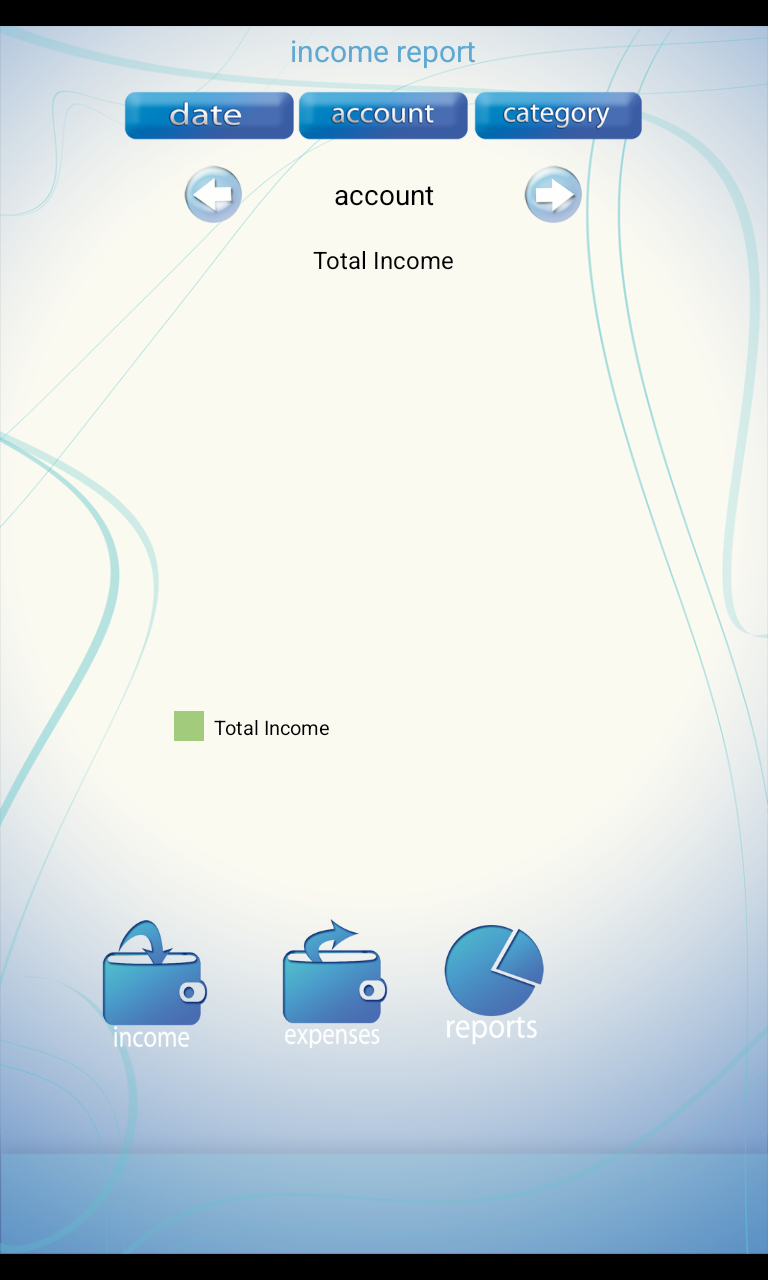
Repository: marlon-rodrigues/Nummus_Android
Layout: Nummus/res/layout/reports_screen.xml
An editor plug-in stored every save of this project. The layout is shown before and after the next save, followed by the edit.
It is drawn on a 768 x 1280 px phone screen (xhdpi) without system bars, with theme AppTheme; the app's code is not run. Lists and similar views that code fills are empty.

Above is the layout before, as saved 2012-08-21 15:32:55.

### Nummus/res/layout/reports_screen.xml
<?xml version="1.0" encoding="utf-8"?>
<RelativeLayout xmlns:android="http://schemas.android.com/apk/res/android"
    android:layout_width="match_parent"
    android:layout_height="match_parent" >

    <ImageView
        android:id="@+id/backgroundReportScreen"
        android:layout_width="wrap_content"
        android:layout_height="wrap_content"
        android:layout_alignParentLeft="true"
        android:layout_alignParentTop="true"
        android:contentDescription="@string/main_background_image"
        android:src="@drawable/emptybackground" />

    <Button
        android:id="@+id/incomeButtonReportScreen"
        android:layout_width="65dp"
        android:layout_height="65dp"
        android:layout_alignParentBottom="false"
        android:layout_alignParentLeft="false"
        android:layout_marginLeft="45dp"
        android:layout_marginTop="460dp"
        android:background="@drawable/incomebuttoneffect"
        android:onClick="incomeButtonClicked" />

	<Button
	    android:id="@+id/expensesButtonReportScreen"
	    android:layout_width="65dp"
	    android:layout_height="65dp"
	    android:layout_alignParentBottom="false"
	    android:layout_alignParentLeft="false"
	    android:layout_marginLeft="135dp"
	    android:layout_marginTop="459dp"
	    android:background="@drawable/expensesbuttoneffect"
	    android:onClick="expensesButtonClicked" />

	<Button
	    android:id="@+id/reportButtonReportScreen"
	    android:layout_width="65dp"
	    android:layout_height="65dp"
	    android:layout_alignParentBottom="false"
	    android:layout_alignParentLeft="false"
	    android:layout_marginLeft="214dp"
	    android:layout_marginTop="460dp"
	    android:background="@drawable/reportbuttoneffect"
	    android:onClick="reportButtonClicked" />

	<TextView
	    android:id="@+id/titelReportScreen"
	    android:layout_width="wrap_content"
	    android:layout_height="wrap_content"
	    android:layout_alignParentTop="false"
	    android:layout_centerHorizontal="true"
	    android:layout_marginTop="15dp"
	    android:text="@string/reportsTitleIncome"
	    android:textColor="#5EA8D1"
	    android:textSize="15sp" />

	<RelativeLayout
	    android:id="@+id/incomeSubViewReportScreen"
	    android:layout_width="260dp"
	    android:layout_height="400dp"
	    android:layout_below="@+id/titelReportScreen"
	    android:layout_centerHorizontal="true"
	    android:visibility="visible"
	    android:layout_marginTop="5dp">

		<Button
		    android:id="@+id/buttonDateIncome"
		    android:layout_width="86dp"
		    android:layout_height="25dp"
		    android:layout_marginTop="5dp"
		    android:background="@drawable/datebuttoneffect"
		    android:onClick="dateIncomeButtonClicked" />

		<Button
		    android:id="@+id/buttonAccountIncome"
		    android:layout_width="86dp"
		    android:layout_height="25dp"
		    android:layout_marginLeft="87dp"
		    android:layout_marginTop="5dp"
		    android:background="@drawable/accountbuttoneffect"
		    android:onClick="accountIncomeButtonClicked" />

		<Button
		    android:id="@+id/buttonCategoryIncome"
		    android:layout_width="86dp"
		    android:layout_height="25dp"
		    android:layout_marginLeft="175dp"
		    android:layout_marginTop="5dp"
		    android:background="@drawable/categorybuttoneffect"
		    android:onClick="categoryIncomeButtonClicked" />

		<RelativeLayout
			android:id="@+id/dateIncomeSubViewReportScreen"
		    android:layout_width="260dp"
		    android:layout_height="370dp"
		    android:layout_below="@+id/titelReportScreen"
		    android:layout_centerHorizontal="true"
		    android:visibility="invisible"
		    android:layout_marginTop="40dp">
				<Button
				    android:id="@+id/buttonLeftArrowDateIncome"
				    android:layout_width="40dp"
				    android:layout_height="34dp"
				    android:layout_alignParentLeft="true"
				    android:layout_below="@+id/buttonDateIncome"
				    android:layout_marginTop="0dp"
				    android:layout_marginLeft="25dp"
				    android:background="@drawable/leftarrowbuttoneffect"
				    android:onClick="lefArrowDateIncomeButtonClicked" />

				<Button
				    android:id="@+id/buttonRightArrowDateIncome"
				    android:layout_width="40dp"
				    android:layout_height="34dp"
				    android:layout_alignParentRight="true"
				    android:layout_below="@+id/buttonCategoryIncome"
				    android:layout_marginTop="0dp"
				    android:layout_marginRight="25dp"
				    android:background="@drawable/rightarrowbuttoneffect"
				    android:onClick="rightArrowDateIncomeButtonClicked" />

				<TextView
			        android:id="@+id/textDateIncome"
			        android:layout_width="wrap_content"
			        android:layout_height="wrap_content"
			        android:layout_below="@+id/buttonAccountIncome"
			        android:layout_centerHorizontal="true"
			        android:layout_marginTop="7dp"
			        android:text="date"
			        android:textColor="#000000"
			        android:textSize="14sp" />

				<ListView
				    android:id="@+id/listViewDateIncome"
				    android:layout_width="match_parent"
				    android:layout_height="wrap_content"
				    android:layout_marginTop="35dp"
					android:background="@drawable/list_view_rounded_corners"
				    android:divider="#FFFFFF"
				    android:dividerHeight="1dp"
				    android:listSelector="@color/list_view_income_selector" >
				</ListView>
		</RelativeLayout>

		<RelativeLayout
			android:id="@+id/accountIncomeSubViewReportScreen"
		    android:layout_width="260dp"
		    android:layout_height="370dp"
		    android:layout_below="@+id/titelReportScreen"
		    android:layout_centerHorizontal="true"
		    android:visibility="visible"
		    android:layout_marginTop="40dp">
				<Button
				    android:id="@+id/buttonLeftArrowAccounIncome"
				    android:layout_width="40dp"
				    android:layout_height="34dp"
				    android:layout_alignParentLeft="true"
				    android:layout_below="@+id/buttonDateIncome"
				    android:layout_marginTop="0dp"
				    android:layout_marginLeft="25dp"
				    android:background="@drawable/leftarrowbuttoneffect"
				    android:onClick="lefArrowAccountIncomeButtonClicked" />

				<Button
				    android:id="@+id/buttonRightArrowAccountIncome"
				    android:layout_width="40dp"
				    android:layout_height="34dp"
				    android:layout_alignParentRight="true"
				    android:layout_below="@+id/buttonCategoryIncome"
				    android:layout_marginTop="0dp"
				    android:layout_marginRight="25dp"
				    android:background="@drawable/rightarrowbuttoneffect"
				    android:onClick="rightArrowAccountIncomeButtonClicked" />

				<TextView
			        android:id="@+id/textAccountIncome"
			        android:layout_width="wrap_content"
			        android:layout_height="wrap_content"
			        android:layout_below="@+id/buttonAccountIncome"
			        android:layout_centerHorizontal="true"
			        android:layout_marginTop="7dp"
			        android:text="account"
			        android:textColor="#000000"
			        android:textSize="14sp" />

				<TextView
			        android:id="@+id/textTotalAccountIncome"
			        android:layout_width="wrap_content"
			        android:layout_height="wrap_content"
			        android:layout_below="@+id/textAccountIncome"
			        android:layout_centerHorizontal="true"
			        android:layout_marginTop="15dp"
			        android:text="Total Income"
			        android:textColor="#000000"
			        android:textSize="12sp" />

				<ImageView
				    android:id="@+id/imageViewIncomeGraph1"
				    android:layout_width="15dp"
				    android:layout_height="15dp"
				    android:layout_alignParentBottom="true"
				    android:layout_alignLeft="@+id/buttonLeftArrowAccounIncome"
				    android:layout_marginBottom="70dp"
				    android:background="#A2CC7B" />

				<TextView
			        android:id="@+id/textIncomeGraph1"
			        android:layout_width="wrap_content"
			        android:layout_height="wrap_content"
			        android:layout_alignParentBottom="true"
				    android:layout_marginLeft="45dp"
				    android:layout_marginBottom="70dp"
			        android:text="Total Income"
			        android:textColor="#000000"
			        android:textSize="10sp" />

		</RelativeLayout>

	</RelativeLayout>







</RelativeLayout>

### Nummus/res/values/styles.xml
<resources>
    <style name="AppTheme" parent="android:Theme.NoTitleBar.Fullscreen"></style>

</resources>

### Nummus/res/values/strings.xml
<resources>

    <string name="app_name">Nummus</string>
    <string name="menu_settings">Settings</string>
    <string name="title_activity_main">Nummus</string>
    <string name="main_background_image">mainBackgroundImage</string>
    <string name="savingsMainScreen">Savings</string>
    <string name="incomeMainScreen">income</string>
    <string name="expenseMainScreen">expenses</string>
    <string name="reportsMainScreen">reports</string>
    <string name="titleIncomeScreen">add income</string>
    <string name="amountDescriptionIncExpScreen">how much?</string>
    <string name="dateDescriptionIncomeScreen">when</string>
    <string name="titleExpensesScreen">add expenses</string>
    <string name="titleaddcategoryscreen">add category</string>
    <string name="categoryNameDescription">name</string>
    <string name="categoryAvailableDescription">available for</string>
    <string name="categoryAvailableExpenses">Expenses</string>
    <string name="categoryAvailableIncome">Income</string>
    <string name="titlePreferencesScreen">preferences</string>
    <string name="soundDescriptionPreferencesScreen">sound</string>
    <string name="showByDescriptionPreferencesScreenP1">show savings</string>
    <string name="showByDescriptionPreferencesScreenP2">in the main screen by</string>
    <string name="showByRadioMonth">month</string>
    <string name="showByYear">year</string>
    <string name="showByTotal">total</string>
    <string name="helpPreferencesScreen">Nummus is a finance application made easy.
The first and most important thing to know is\n
\nTO CANCEL SWIPE LEFT\n
\nTO SAVE SWIPE RIGHT\n
\nNow that you know the basics here are some details
The home screen contains three buttons income, expenses, and report\n
\n- INCOME\n
On the income screen, there will be several options to customize your entry. You can add your categories, by pressing the plus button on the top right hand side of the screen, followed by details such as how much, when, and where to (what account it will be transferred to). When you are done, just swipe right to save it or swipe left to cancel.\n
\n- EXPENSES\n
On the expenses screen, there will be also several options to customize your entry. You can add your categories, by pressing the plus button on the top right hand side of the screen, followed by details such as how much, when, and where from (what account it will be transferred from). When you are done, just swipe right to save it or swipe left to cancel.\n
\n- REPORT\n
Here you find reports on your total spending money and incoming money. You can see the list of total income and expenses, the subtotal by categories and also the graph of subtotal by accounts. A convenient option is to send a report as a PDF to your email. Swipe left or right to go back to the main screen.\n
\n- PREFERENCES\n
Here you can set up the application to fit better to your desire. You can turn on /off the sound, define how the savings shown in the main screen will be displayed, and also add categories. \n
\nEnjoy your app and do not forget to rate us.
</string>
    <string name="appVersionPreferencesScreen">App Version 1.00</string>
    <string name="imageNummusTitle">nummusTitle</string>
    <string name="appDatePreferencesScreen">August 2012</string>
    <string name="moreInfoPreferencesScreen">More Info:</string>
    <string name="infoWebSitePreferencesScreen">www.facebook.com/nummusapp</string>
    <string name="appRightsPreferenceScreen">©2012 All Rights Reserved</string>
    <string name="reportsTitleIncome">income report</string>
    <string name="reportsTitleExpenses">expenses report</string>
    <string name="reportsTitleIncExp">income/expenses report</string>

</resources>

### Nummus/res/drawable/incomebuttoneffect.xml
<?xml version="1.0" encoding="utf-8"?>
<selector xmlns:android="http://schemas.android.com/apk/res/android" >
	<item android:state_pressed="true" android:drawable="@drawable/incomebuttondark" />
	<item android:drawable="@drawable/incomebutton"/>
</selector>

### Nummus/res/drawable/expensesbuttoneffect.xml
<?xml version="1.0" encoding="utf-8"?>
<selector xmlns:android="http://schemas.android.com/apk/res/android" >
	<item android:state_pressed="true" android:drawable="@drawable/expensesbuttondark" />
	<item android:drawable="@drawable/expensesbutton"/>
</selector>

### Nummus/res/drawable/reportbuttoneffect.xml
<?xml version="1.0" encoding="utf-8"?>
<selector xmlns:android="http://schemas.android.com/apk/res/android" >
	<item android:state_pressed="true" android:drawable="@drawable/reportbuttondark" />
	<item android:drawable="@drawable/reportbutton"/>
</selector>

### Nummus/res/drawable/datebuttoneffect.xml
<?xml version="1.0" encoding="utf-8"?>
<selector xmlns:android="http://schemas.android.com/apk/res/android" >
	<item android:state_pressed="true" android:drawable="@drawable/datebuttondark" />
	<item android:drawable="@drawable/datebutton"/>
</selector>

### Nummus/res/drawable/accountbuttoneffect.xml
<?xml version="1.0" encoding="utf-8"?>
<selector xmlns:android="http://schemas.android.com/apk/res/android" >
	<item android:state_pressed="true" android:drawable="@drawable/accountbuttondark" />
	<item android:drawable="@drawable/accountbutton"/>
</selector>

### Nummus/res/drawable/categorybuttoneffect.xml
<?xml version="1.0" encoding="utf-8"?>
<selector xmlns:android="http://schemas.android.com/apk/res/android" >
	<item android:state_pressed="true" android:drawable="@drawable/categorybuttondark" />
	<item android:drawable="@drawable/categorybutton"/>
</selector>

### Nummus/res/drawable/leftarrowbuttoneffect.xml
<?xml version="1.0" encoding="utf-8"?>
<selector xmlns:android="http://schemas.android.com/apk/res/android" >
	<item android:state_pressed="true" android:drawable="@drawable/leftarrowbuttondark" />
	<item android:drawable="@drawable/leftarrowbutton"/>
</selector>

### Nummus/res/drawable/rightarrowbuttoneffect.xml
<?xml version="1.0" encoding="utf-8"?>
<selector xmlns:android="http://schemas.android.com/apk/res/android" >
	<item android:state_pressed="true" android:drawable="@drawable/rightarrowbuttondark" />
	<item android:drawable="@drawable/rightarrowbutton"/>
</selector>

### Nummus/res/drawable/list_view_rounded_corners.xml
<?xml version="1.0" encoding="utf-8"?>
<shape xmlns:android="http://schemas.android.com/apk/res/android" android:shape="rectangle">

    <gradient android:startColor="#819ACA"
        	  android:centerColor="#8AB2CA"
        	  android:endColor="#A5E3FE" />

    <corners android:bottomLeftRadius="12dp"
        	 android:bottomRightRadius="12dp"
        	 android:topLeftRadius="12dp"
        	 android:topRightRadius="12dp" />
</shape>

### Nummus/res/color/list_view_income_selector.xml
<?xml version="1.0" encoding="utf-8"?>
<selector xmlns:android="http://schemas.android.com/apk/res/android" >
	<item android:state_selected="true" android:drawable="@drawable/list_view_color_selection" />
</selector>

### Nummus/res/drawable/list_view_color_selection.xml
<?xml version="1.0" encoding="utf-8"?>
<shape xmlns:android="http://schemas.android.com/apk/res/android" android:shape="rectangle">

        <gradient android:startColor="#0085EE"
        	 	  android:centerColor="#006AD7"
        	  	  android:endColor="#0039A9" />

</shape>

After the next save:
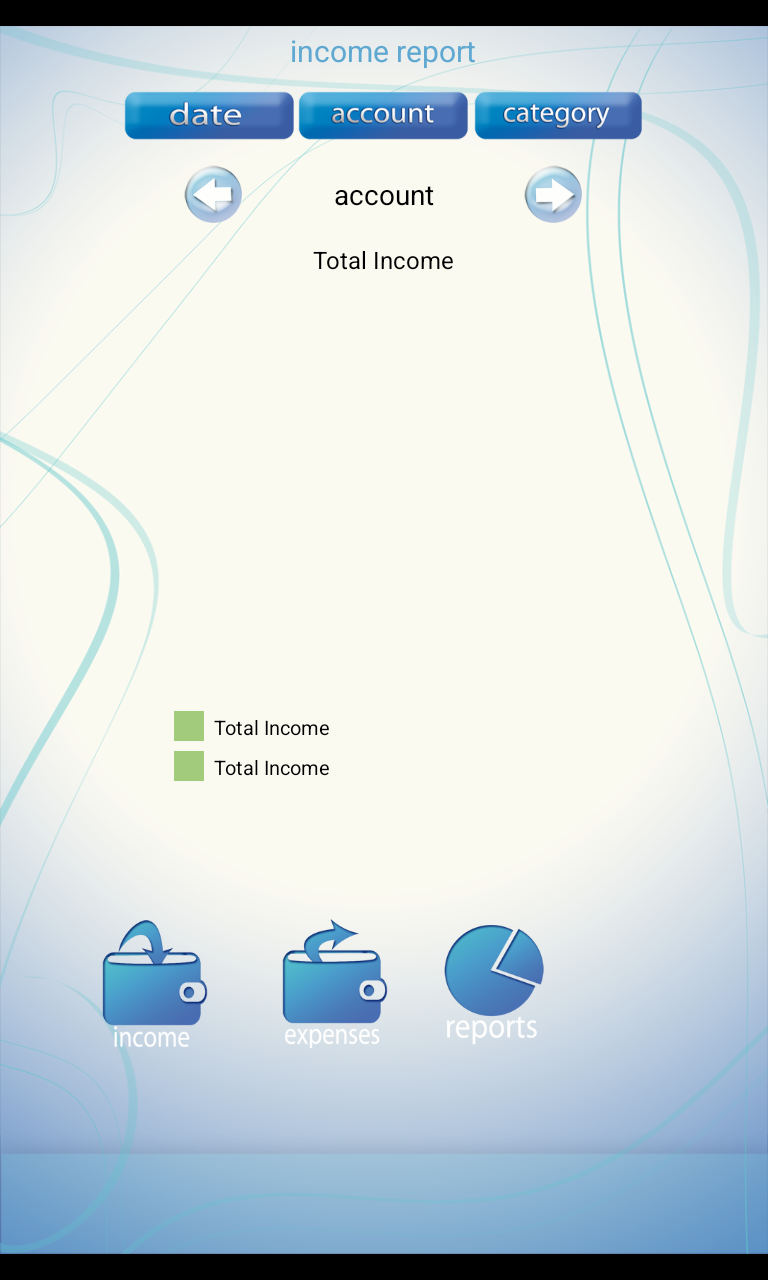
Saved 43 s later.
--- a/Nummus/res/layout/reports_screen.xml
+++ b/Nummus/res/layout/reports_screen.xml
@@ -216,6 +216,26 @@
 			        android:textColor="#000000"
 			        android:textSize="10sp" />
 
+				<ImageView
+				    android:id="@+id/imageViewIncomeGraph2"
+				    android:layout_width="15dp"
+				    android:layout_height="15dp"
+				    android:layout_alignParentBottom="true"
+				    android:layout_alignLeft="@+id/buttonLeftArrowAccounIncome"
+				    android:layout_marginBottom="50dp"
+				    android:background="#A2CC7B" />
+
+				<TextView
+			        android:id="@+id/textIncomeGraph2"
+			        android:layout_width="wrap_content"
+			        android:layout_height="wrap_content"
+			        android:layout_alignParentBottom="true"
+				    android:layout_marginLeft="45dp"
+				    android:layout_marginBottom="50dp"
+			        android:text="Total Income"
+			        android:textColor="#000000"
+			        android:textSize="10sp" />
+
 		</RelativeLayout>
 
 	</RelativeLayout>
